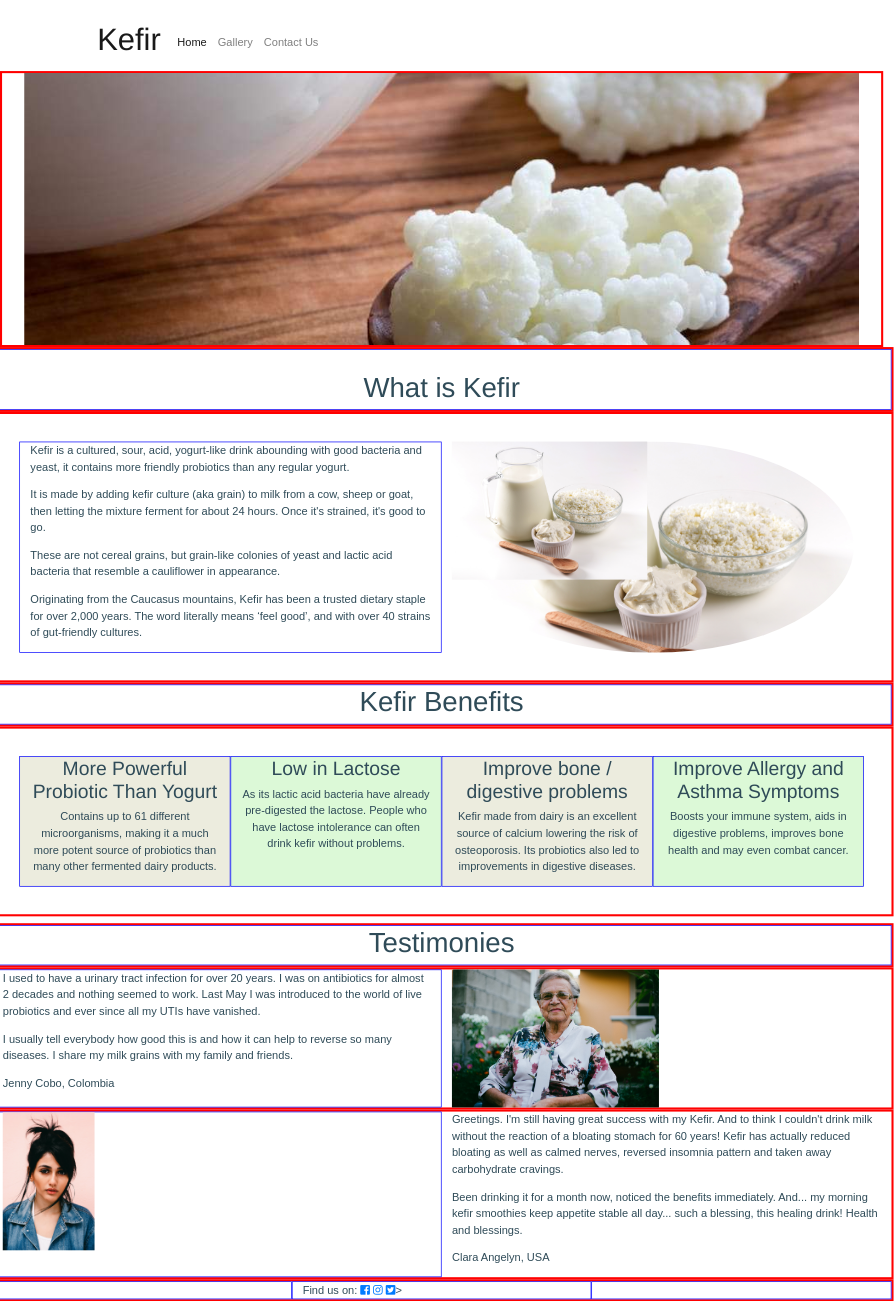
Repository: Code-Institute-Submissions/andna5980-kefir-repo_JuneResub
Page: index.html
These files come from the project's save history. The page is drawn as it stood at one moment and after the next save; the edit follows.
The browser window is 1280 px wide. The page is 1295 px wide, so the pictures cover 1295 px, including what lies to the right of the window. The pictures show the whole page, at 69% of full size.
Some web fonts or font styles are not loaded; a fallback is used. Some web libraries are served in a nearby version.

Above is the page before, as saved 2021-03-01 23:05:30.

### index.html
<!DOCTYPE html>
<html lang="en-US">

<head>
  <meta charset="UTF-8">
  <meta name="viewport" content="width=device-width, initial-scale=1.0">
  <meta name="author" content="Andres Navarrete">
  <meta name="description"
    content="Kefir, meet the power of nature. Bring the right knowledge and the best recipes from mother nature">
  <meta name="keywords" content="Kefir, recipes, natural-products, home-made, organic, healthy">
  <title>KEFIR | MEET THE POWER OF NATURE</title>
  <link rel="stylesheet" href="https://cdn.jsdelivr.net/npm/bootstrap@4.5.3/dist/css/bootstrap.min.css"
    integrity="sha384-TX8t27EcRE3e/ihU7zmQxVncDAy5uIKz4rEkgIXeMed4M0jlfIDPvg6uqKI2xXr2" crossorigin="anonymous">
  <link rel="stylesheet" href="https://use.fontawesome.com/releases/v5.6.3/css/all.css"
    integrity="sha384-UHRtZLI+pbxtHCWp1t77Bi1L4ZtiqrqD80Kn4Z8NTSRyMA2Fd33n5dQ8lWUE00s/" crossorigin="anonymous">
  <link href="./assets/styles/style.css" rel="stylesheet">
</head>

<body>
  <!--------------------Main-Header-------------------------------------->
  <header>
    <nav class="navbar navbar-expand-md navbar-light">
      <a class="navbar-brand" href="#">Kefir</a>
      <button class="navbar-toggler" type="button" data-toggle="collapse" data-target="#navbarNav"
        aria-controls="navbarNav" aria-expanded="false" aria-label="Toggle navigation">
        <span class="navbar-toggler-icon"></span>
      </button>
      <div class="collapse navbar-collapse" id="navbarNav">
        <ul class="navbar-nav">
          <li class="nav-item active">
            <a class="nav-link" href="#">Home <span class="sr-only">(current)</span></a>
          </li>
          <li class="nav-item">
            <a class="nav-link" href="#">Gallery</a>
          </li>
          <li class="nav-item">
            <a class="nav-link" href="#">Contact Us</a>
          </li>

        </ul>
      </div>
    </nav>
  </header>

  <!--------------------Hero-IMAGE--------------------- ----------------->

  <div class="test-red container-hero">
    <div class="hero-image col-12"></div>
  </div>


  <!--------------------What-is-kefir-------------------------------------->

  <section>
    <div class="test-red row">
      <div class="welcome-text test-blue col-12">
        <h1>What is Kefir</h1>
      </div>
    </div>

    <div class="kefir-description test-red row">
      <div class="test-blue col-12 col-sm-6 ">
        <p>Kefir is a cultured, sour, acid, yogurt-like drink abounding with good bacteria and yeast, it contains
          more friendly probiotics than any regular yogurt.</p>
        <p>It is made by adding kefir culture (aka grain) to milk from a cow, sheep or goat, then letting the
          mixture ferment for about 24 hours. Once it's strained, it's good to go.</p>
        <p>These are not cereal grains, but grain-like colonies of yeast and lactic acid bacteria that resemble a
          cauliflower in appearance.</p>
        <p>Originating from the Caucasus mountains, Kefir has been a trusted dietary staple for over 2,000 years.
          The word literally means ‘feel good’, and with over 40 strains of gut-friendly cultures.</p>
      </div>

      <div class="col-12 col-sm-6 ">
        <div class="kefir-description-image">
          <img src="./assets/images/milk-products-dairy.jpg" alt="diferent-kefir-derivates" height="200">
        </div>
      </div>
    </div>

  </section>


  <!--------------------Kefir-benefits-------------------------------------->

  <section class="benefits-title">
    <div class="test-red row ">
      <div class=" test-blue col-12">
        <h1>Kefir Benefits</h1>
      </div>
    </div>

    <div class="test-red row benefits-row">
      <div class="test-blue benefits-box1 col-12 col-sm-6 col-md-3">
        <h3>More Powerful Probiotic Than Yogurt</h3>
        <p>Contains up to 61 different microorganisms, making it a much
          more potent source of probiotics than many other fermented dairy products.
        </p>
      </div>
      <div class="test-blue benefits-box col-12 col-sm-6 col-md-3">
        <h3>Low in Lactose </h3>
        <p>As its lactic
          acid bacteria have already pre-digested the lactose. People who have lactose
          intolerance can often drink kefir without problems.
        </p>

      </div>
      <div class="test-blue benefits-box1 col-12 col-sm-6 col-md-3">
        <h3>Improve bone / digestive problems </h3>
        <p>Kefir made from dairy is an excellent source of calcium lowering the risk of osteoporosis. Its probiotics
          also led to improvements in digestive diseases.
        </p>
      </div>
      <div class="test-blue benefits-box col-12 col-sm-6 col-md-3">
        <h3>Improve Allergy and Asthma Symptoms</h3>
        <p>Boosts your immune system, aids in digestive problems, improves bone health and may even combat cancer.
        </p>
      </div>
    </div>
  </section>

  <!--------------------Testimonies-------------------------------------->

  <section>
    <div class="testimonies-title test-red row">
      <div class=" test-blue col-12">
        <h1>Testimonies</h1>
      </div>
    </div>

    <div class=" test-red row">
      <div class="test-blue col-12 col-sm-6">
        <p>I used to have a urinary tract infection for over 20 years. I was on antibiotics for almost 2 decades and
          nothing seemed to work. Last May I was introduced to the world of live probiotics and ever since all my
          UTIs have vanished.</p>
        <p>I usually tell everybody how good this is and how it can help to reverse so many diseases. I share my
          milk grains with my family and friends.</p>
        <p>Jenny Cobo, Colombia</p>
      </div>

      <div class="col-12 col-sm-6">
        <img src="./assets/images/damir-bosnjak-VQ2L7t5qt_8-unsplash-min.jpg" alt="kefir-products" height="200">
      </div>
    </div>

    <div class="test-red row flex-column-reverse flex-sm-row">
      <div class="test-blue col-12 col-sm-6 col.order-1.order-xs-2">
        <img src="./assets/images/matheus-ferrero-W7b3eDUb_2I-unsplash.jpg" alt="kefir-products" height="200">
      </div>

      <div class="col-12 col-sm-6 ">
        <p>Greetings. I'm still having great success with my Kefir. And to think I couldn't drink milk without the
          reaction of a bloating stomach for 60 years! Kefir has actually reduced bloating as well as calmed
          nerves, reversed insomnia pattern and taken away carbohydrate cravings.</p>
        <p> Been drinking it for a month now, noticed the benefits immediately. And... my morning kefir smoothies
          keep appetite stable all day... such a blessing, this healing drink! Health and blessings.</p>
        <p>Clara Angelyn, USA</p>
      </div>


    </div>
  </section>

</body>

<footer>
  <div class="test-red row">
    <div class="test-blue col-4 "></div>
    <div class="test-blue col-4">
      <span>Find us on:</span>
      <a href="http://facebook.com" target="_blank"><i class="fab fa-facebook-square"></i></a>

      <a href="http://instagram.com" target="_blank"><i class="fab fa-instagram"></i></a>

      <a href="http://twitter.com" target="_blank"><i class="fab fa-twitter-square"></i></a>>
    </div>
    <div class="test-blue col-4"></div>
  </div>
</footer>
<!--
<nav class="navbar fixed-bottom navbar-light bg-light">
  <div class="container-fluid">
    <a class="navbar-brand" href="#">Fixed bottom</a>
  </div>
</nav> -->









<script src="https://code.jquery.com/jquery-3.2.1.slim.min.js"
  integrity="sha384-KJ3o2DKtIkvYIK3UENzmM7KCkRr/rE9/Qpg6aAZGJwFDMVNA/GpGFF93hXpG5KkN" crossorigin="anonymous"></script>
<script src="https://cdnjs.cloudflare.com/ajax/libs/popper.js/1.12.9/umd/popper.min.js"
  integrity="sha384-ApNbgh9B+Y1QKtv3Rn7W3mgPxhU9K/ScQsAP7hUibX39j7fakFPskvXusvfa0b4Q" crossorigin="anonymous"></script>
<script src="https://maxcdn.bootstrapcdn.com/bootstrap/4.0.0/js/bootstrap.min.js"
  integrity="sha384-JZR6Spejh4U02d8jOt6vLEHfe/JQGiRRSQQxSfFWpi1MquVdAyjUar5+76PVCmYl" crossorigin="anonymous"></script>

</html>

### assets/styles/style.css
@import url('https://fonts.googleapis.com/css2?family=Amatic+SC&family=Caveat+Brush&display=swap');

/*.container {
    margin: 15px;
}
*/

body {
    font-family: Arial, Helvetica, sans-serif;
    color: #2F4B58;
    max-width: 1500px;
}

h1, h2, h3 {
    font-family:  Caveat Brush, Helvetica, sans-serif;
    color: #2F4B58;
}


/*----------------------BORDER ROWS AND COLUMNS----------*/

.test-red {
    border: 3px solid red
}

.test-blue {
    border:1px solid blue
}


/*-----------------------Header ----------*/

.navbar-brand {
    float: left;
    color: #2F4B58;
    font-family:  Caveat Brush, Helvetica, sans-serif;
    font-size: 280%;
    margin-left: 10%;
    margin-top: 10px;
}

.navbar-nav {
    float: right;
}

.navbar-nav li a{
    margin-top: 20px;
    color: #2F4B58;
}


.navbar-toggler {
    border: 2px solid #2F4B58;
    color: #2F4B58;
}

/*
.navbar-toggler.icon{

}
*/





.menu a {
    text-decoration: none;
    color: #2F4B58;
}

.menu  {
list-style-type: none;
margin-right: 5%;
margin-top: 30px; /* CHAPUZA  */
word-spacing: 5px;
}

.menu ul {
    float:right;
    margin-left: 10px;
}

.menu li {
    list-style-type: none;
    display: inline-flex;
}


/*-----------------------Hero-image ----------*/

.container-hero {
    height: 400px;
    overflow: hidden;
}

.hero-image {
    height: 400px;
    width: 100%;
    background: url(../images/milk-kefir-grains-spoon_1024x1024.jpg) no-repeat center;
    animation-name: hero-zoom;
    animation-duration: 4s;
    animation-fill-mode: forwards;
}

/*------Animation of the Hero image-------*/

@keyframes hero-zoom {
    from{
        transform: scale(1);
    }
    to{
        transform: scale(1.2);
    }
}

/*-----------------------What-is-kefir-are----------*/

.welcome-text {
    text-align: center;
    margin: 25px, 0;
    padding-top: 30px;
}

.kefir-description{
    padding: 40px;
}

.kefir-description-image {
    background: url(/assets/images/milk-products-dairy.jpg)no-repeat center center;
    background-size: 600px;
    height: 100%;
    border-radius: 50%;
}


/*-----------------------kefir-benefits-area----------*/

.benefits-title {
    text-align: center;
    margin: 30px, 0;

}

.benefits-row {
    padding: 40px;
    color: #2F4B58;

}

.benefits-box1 {
    background-color: #ECECDE;
}
.benefits-box {
    background-color: #DCF9D7;
}



/*-----------------------testimonies----------*/
.testimonies-title {
    text-align: center;
    margin: 25px, 0;
    margin-top: 10px;
}

After the next save:
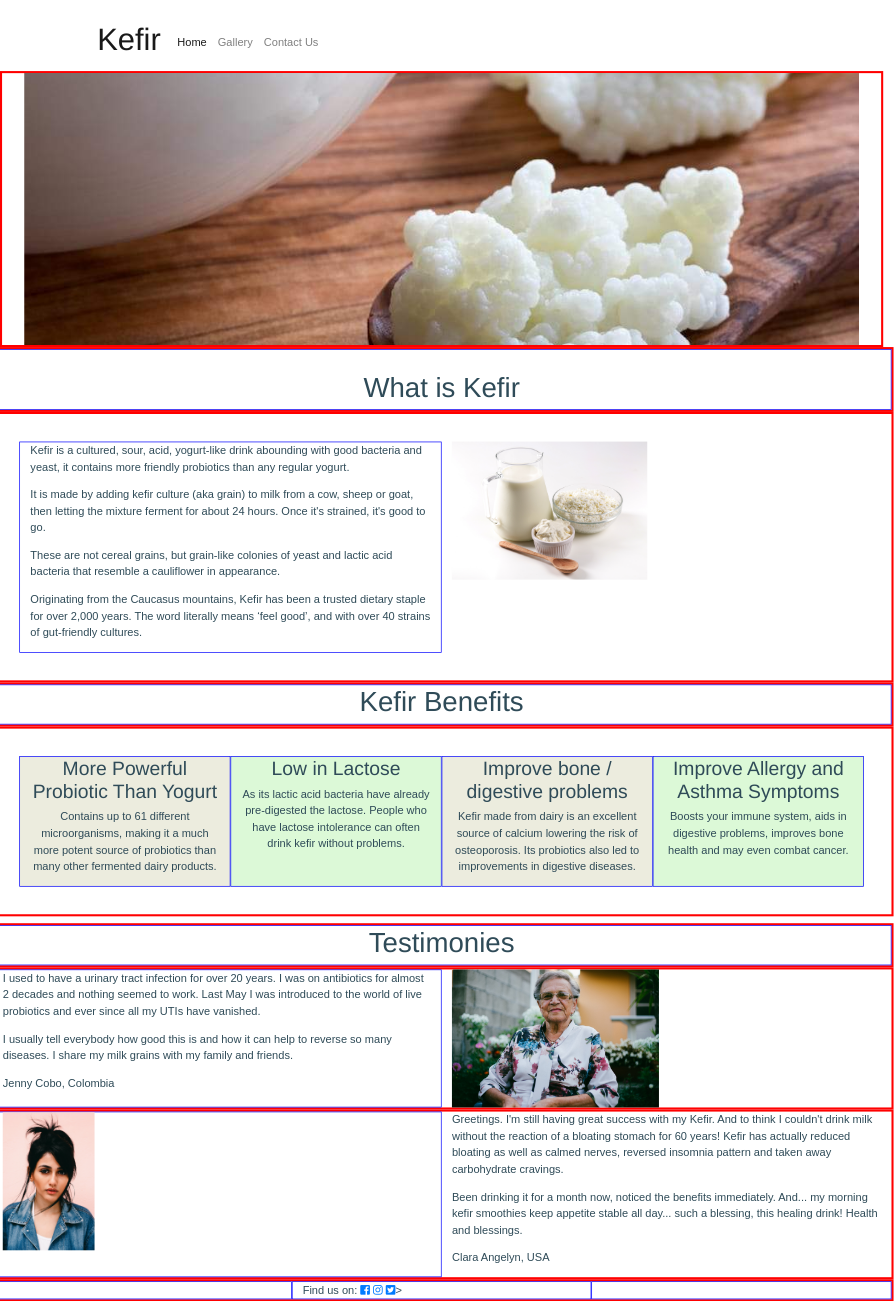
Saved 52 s later.
--- a/assets/styles/style.css
+++ b/assets/styles/style.css
@@ -127,7 +127,6 @@ word-spacing: 5px;
 }
 
 .kefir-description-image {
-    background: url(/assets/images/milk-products-dairy.jpg)no-repeat center center;
     background-size: 600px;
     height: 100%;
     border-radius: 50%;
